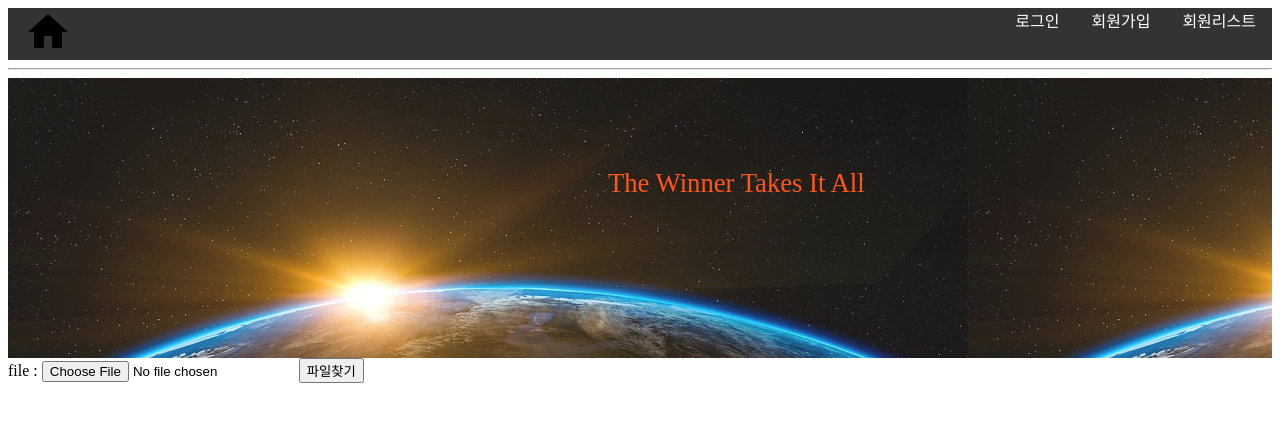
Repository: LeeHyukJe/jsp-bit
Page: http://localhost/jsp3/addrbook/index.jsp
An editor plug-in stored every save of this project. The page is shown before and after the next save, followed by the edit.
The browser window is 1280 px wide. The pictures show the whole page.
The page is served by Tomcat 9. Other server files are loaded and not shown. Queries for data that is not in the repository find no rows.

Above is the page before, as saved 2017-09-19 03:58:01.

### jsp3/WebContent/addrbook/index.jsp
<%@ page language="java" contentType="text/html; charset=UTF-8"
	pageEncoding="UTF-8"%>
<%@page import="jspbook.addrbook.*"%>
<%@page import="java.util.*"%>
<jsp:useBean id="addrbook" scope="page"
	class="jspbook.addrbook.AddrBook" />
<jsp:useBean id="addrbean" scope="page"
	class="jspbook.addrbook.AddrBean" />
<%
	ArrayList<AddrBook> list = addrbean.getDBList();
	String[] pic_list = new String[list.size()];
	Iterator<AddrBook> it = list.iterator();
	for (int i = 0; it.hasNext(); i++) {
		pic_list[i] = it.next().getAb_picture();
	}
%>


<!DOCTYPE html PUBLIC "-//W3C//DTD HTML 4.01 Transitional//EN" "http://www.w3.org/TR/html4/loose.dtd">
<html>
<head>
<meta charset="UTF-8">
<title>MyHompage</title>
<link rel="stylesheet" href="Hompage.css" type="text/css" media="screen" />
</head>
<style>
.img {
	width: 100%;
}
</style>
<body>


	<ul>
		<li class="home"><a href="HomePage.html"><img
				src="homeIcon.png" height="48" width="48" /></a></li>
		<li><a href="addrbook_control.jsp?action=list">회원리스트</a></li>
		<li><a href="addrbook_form.jsp">회원가입</a></li>
		<li><a href="login_form.html">로그인</a></li>
	</ul>
	<hr>
	<div class="gate">
		<div class="winner">The Winner Takes It All</div>
	</div>
	<div>
		<form action="fileTest.jsp" method="post"
			enctype="multipart/form-data">
			file : <input type="file" name="ab_picture"> <input
				type="submit" value="파일찾기">
		</form>
		<div class="main_container">
			<div class="picture1">
				<%
					for (int i = 0; i < pic_list.length; i++) {
						if (pic_list[i] == null)
							continue;
				%>
				<img class="img" src="<%=pic_list[i]%>">
				<%
					}
				%>
			</div>
		</div>
	</div>
	<!-- <div class="gradient1">Copyright(c)2017 이혁제 All rights reserved.
	<!-->
	</div>

</body>
</html>

### jsp3/src/jspbook/addrbook/AddrBook.java
package jspbook.addrbook;


public class AddrBook {
	private int ab_id;
	private String ab_name;
	private String ab_email;
	private String ab_tel;
	private String ab_birth;
	private String ab_comdept;
	private String ab_memo;
	private String ab_picture;

	public int getAb_id() {
		return ab_id;
	}
	public void setAb_id(int ab_id) {
		this.ab_id = ab_id;
	}
	public String getAb_name() {
		return ab_name;
	}
	public void setAb_name(String ab_name) {
		this.ab_name = ab_name;
	}
	public String getAb_email() {
		return ab_email;
	}
	public void setAb_email(String ab_email) {
		this.ab_email = ab_email;
	}
	public String getAb_tel() {
		return ab_tel;
	}
	public void setAb_tel(String ab_tel) {
		this.ab_tel = ab_tel;
	}
	public String getAb_birth() {
		return ab_birth;
	}
	public void setAb_birth(String ab_birth) {
		this.ab_birth = ab_birth;
	}
	public String getAb_comdept() {
		return ab_comdept;
	}
	public void setAb_comdept(String ab_comdept) {
		this.ab_comdept = ab_comdept;
	}
	public String getAb_memo() {
		return ab_memo;
	}
	public void setAb_memo(String ab_memo) {
		this.ab_memo = ab_memo;
	}
	public String getAb_picture() {
		return ab_picture;
	}
	public void setAb_picture(String ab_picture) {
		this.ab_picture = ab_picture;
	}

}

### jsp3/src/jspbook/addrbook/AddrBean.java
package jspbook.addrbook;


import java.sql.*;
import java.util.*;

/**
 * file:AddrBean.java
 * desc:주소록 프로그램 DAO 클래스
 * @author 이혁제(lims2733@naver.com)
 */

public class AddrBean {
	Connection conn;
	PreparedStatement pstmt;

	String jdbc_driver;
	String jdbc_url;

	void connect() {


		if(System.getProperty("user.name").equals("lims2733")) {
			jdbc_driver="com.mysql.jdbc_Driver";
			jdbc_url="jdbc:mysql://127.0.0.1:3306/db";
		}
		else {
			jdbc_driver="oracle.jdbc.driver.OracleDriver";
			jdbc_url="jdbc:oracle:thin:@localhost:1521:xe";
		}

		try {
			Class.forName(jdbc_driver);
			conn=DriverManager.getConnection(jdbc_url,"student","1234");
		}catch(Exception e) {
			System.out.println(e);
		}
	}

	void disconnect() {
		if(pstmt!=null) {
			try {
				pstmt.close();
			}catch(SQLException e) {
				System.out.println(e);
			}catch(Exception e) {
				System.out.println(e);
			}
		}

		if(conn!=null) {
			try {
				conn.close();
			}catch(SQLException e) {
				System.out.println(e);
			}catch(Exception e) {
				System.out.println(e);
			}
		}
	}

	public boolean updateDB(AddrBook addrbook) {
		connect();

		String sql="update addrbook set ab_name=?,ab_email=?, ab_comdept=?,ab_birth=?,ab_tel=?, ab_memo=? where ab_id=?";

		try {
			pstmt=conn.prepareStatement(sql);
			pstmt.setString(1, addrbook.getAb_name());
			pstmt.setString(2, addrbook.getAb_email());
			pstmt.setString(3, addrbook.getAb_comdept());
			pstmt.setString(3, addrbook.getAb_birth());
			pstmt.setString(5, addrbook.getAb_tel());
			pstmt.setString(6, addrbook.getAb_memo());
			pstmt.setInt(7, addrbook.getAb_id());
		}catch(SQLException e) {
			System.out.println(e);
			return false;
		}finally {
			disconnect();
		}
		return true;
	}

	public boolean deleteDB(int gb_id) {
		connect();

		String sql="delete from addrbook where ab_id=?";

		try {
			pstmt=conn.prepareStatement(sql);
			pstmt.setInt(1, gb_id);
			pstmt.executeUpdate();
		}catch(SQLException e) {
			System.out.println(e);
			return false;
		}finally {
			disconnect();
		}
		return true;
	}

	public boolean insertDB(AddrBook addrbook) {
		connect();

		String sql="insert into addrbook(ab_name,ab_email,ab_comdept,ab_birth,ab_tel,ab_memo,ab_picture) values(?,?,?,?,?,?,?)";

		try {
			pstmt=conn.prepareStatement(sql);
			pstmt.setString(1, addrbook.getAb_name());
			pstmt.setString(2, addrbook.getAb_email());
			pstmt.setString(3, addrbook.getAb_comdept());
			pstmt.setString(4, addrbook.getAb_birth());
			pstmt.setString(5, addrbook.getAb_tel());
			pstmt.setString(6, addrbook.getAb_memo());
			pstmt.setString(7,addrbook.getAb_picture());
			pstmt.executeUpdate();
		}catch(SQLException e) {
			System.out.println(e);
			return false;
		}catch(Exception e) {
			System.out.println(e);
		}finally {
			disconnect();
		}
		return true;
	}

	public AddrBook getDB(int gb_id) {
		connect();

		String sql="select *from addrbook where ab_id=?";
		AddrBook addrbook=new AddrBook();

		try {
			pstmt=conn.prepareStatement(sql);
			pstmt.setInt(1, gb_id);
			ResultSet rs=pstmt.executeQuery();
			rs.next();
				addrbook.setAb_id(rs.getInt(1));
				addrbook.setAb_name(rs.getString(2));
				addrbook.setAb_email(rs.getString(3));
				addrbook.setAb_birth(rs.getString(4));
				addrbook.setAb_tel(rs.getString(5));
				addrbook.setAb_comdept(rs.getString(5));
				addrbook.setAb_memo(rs.getString(6));

			rs.close();
		}catch(SQLException e) {
			System.out.println(e);
		}finally {
			disconnect();
		}
		return addrbook;
	}

	public ArrayList<AddrBook> getDBList(){
		connect(); //db와 연결
		ArrayList<AddrBook>datas=new ArrayList<>(); //addrbook객체를 담을 배열 생성
		String sql="select * from addrbook";

		try {
			pstmt=conn.prepareStatement(sql); //
			ResultSet rs=pstmt.executeQuery(); //쿼리문 실행
			while(rs.next()) {
				AddrBook addrbook=new AddrBook();
				addrbook.setAb_id(rs.getInt(1)); //첫번째 행을 객체에 담음
				addrbook.setAb_name(rs.getString(2)); //두번째행을 객체에 담음
				addrbook.setAb_email(rs.getString(3)); //세번째 행을 객체에 담음
				addrbook.setAb_comdept(rs.getString(4)); //여섯번째 행을 객체에 담음
				addrbook.setAb_birth(rs.getString(5)); //네번째 행을 객체에 담음
				addrbook.setAb_tel(rs.getString(6)); //다섯번째 행을 객체에 담음
				addrbook.setAb_memo(rs.getString(7));
				addrbook.setAb_picture(rs.getString(8));
				datas.add(addrbook);
			}
			rs.close();
		}catch(SQLException e) {
			System.out.println(e);
		}catch(Exception e) {
			System.out.println(e);
		}finally {
			disconnect();
		}
		return datas;
	}
}

### jsp3/WebContent/addrbook/Hompage.css
div.gate {
	position: relative;
	background-image: url("uni.jpg");
	width: 100%;
	padding: 140px 0;
	opacity: 0.9;
}

div.winner {
	position: absolute;
	left: 0;
	width: 300px;
	top: 90px;
	left: 600px;
	font-size: 20pt;
	color: orangered;
	font-family: �굹�닎諛붾Ⅸ怨좊뵓;
}

ul {
	list-style-type: none;
	margin: 0;
	padding: 0;
	overflow: hidden;
	background-color: #333;
}

li {
	float: right;
}

li.home {
	float: left;
}

li a {
	display: inline;
	color: white;
	text-align: center;
	padding: 14px 16px;
	text-decoration: none;
}

li a:hover {
	background-color: #111;
}


div.gradient1 {
	position: fixed;
	bottom: 0;
	margin: 700px 0 0 0;
	width: 100%;
	padding: 100px 0;
	background: linear-gradient(to top, gray, white);
	text-align: center;
	vertical-align: middle;
}

.main_container{
	position:relative;
	width:100%
	height:;
	top:10px;
}

.picture1{
	postion:absolute;
	width:500px;
	height:auto;
}

After the next save:
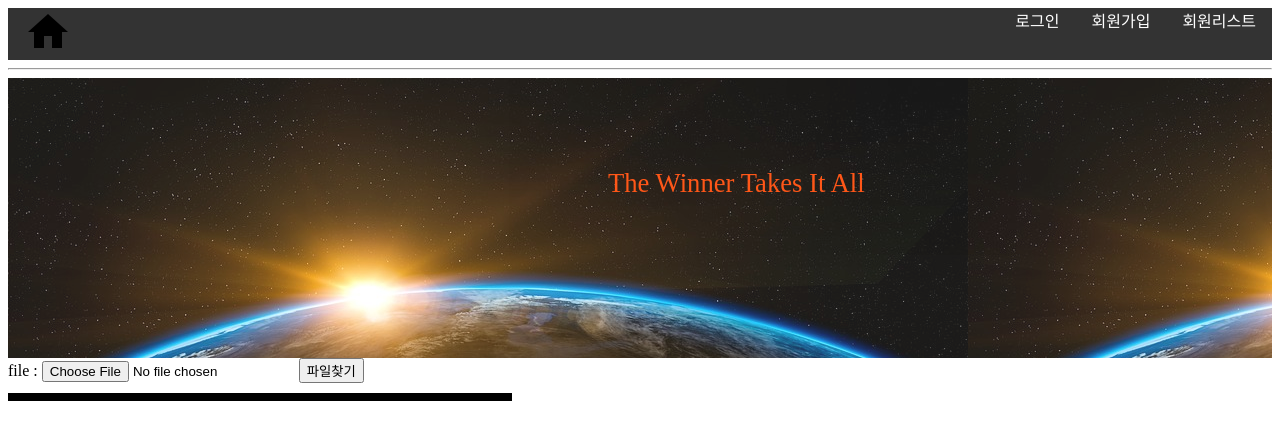
Saved 102 s later.
--- a/jsp3/WebContent/addrbook/index.jsp
+++ b/jsp3/WebContent/addrbook/index.jsp
@@ -60,6 +60,9 @@
 					}
 				%>
 			</div>
+			<div class="picture2">
+
+			</div>
 		</div>
 	</div>
 	<!-- <div class="gradient1">Copyright(c)2017 이혁제 All rights reserved.
--- a/jsp3/WebContent/addrbook/Hompage.css
+++ b/jsp3/WebContent/addrbook/Hompage.css
@@ -68,4 +68,12 @@ div.gradient1 {
 	postion:absolute;
 	width:500px;
 	height:auto;
+	border:2px solid black;
 }
+
+.picture2{
+	postion:absolute;
+	width:500px;
+	height:auto;
+	border:2px solid black;
+}
